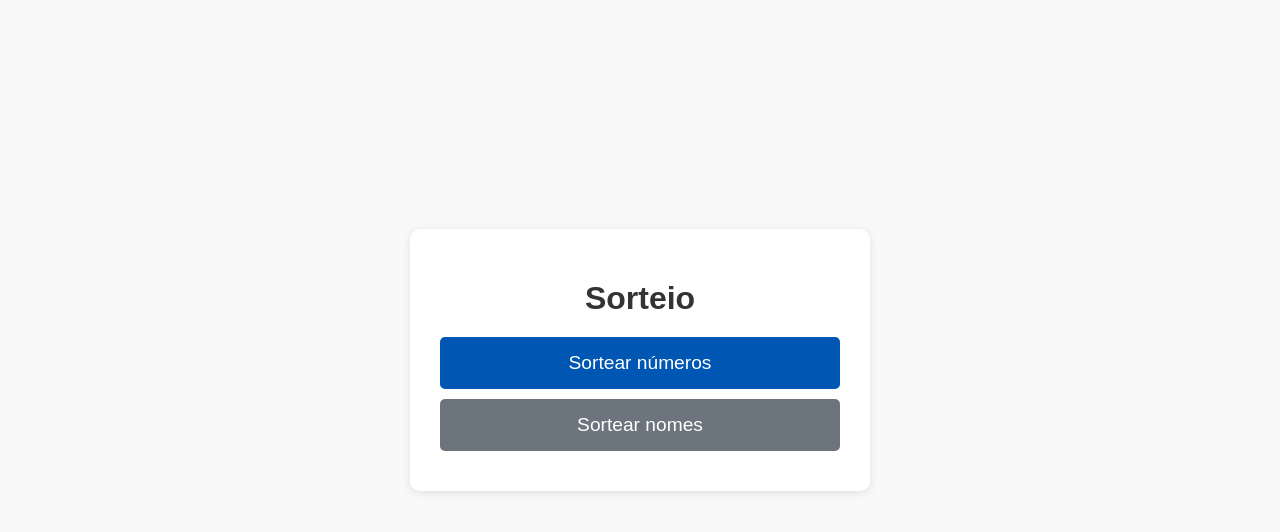
Repository: Matheus904-12/sorte
Page: index.html
The author's editor kept a copy of each file at every save. The page is drawn from the files as they stood at one save, then again after the next save.
The browser window is 1280 px wide. The pictures show the whole page.
The pointer rests on the first visible `.options a`.

Above is the page before, as saved 2023-09-10 19:17:30.

After the next save:
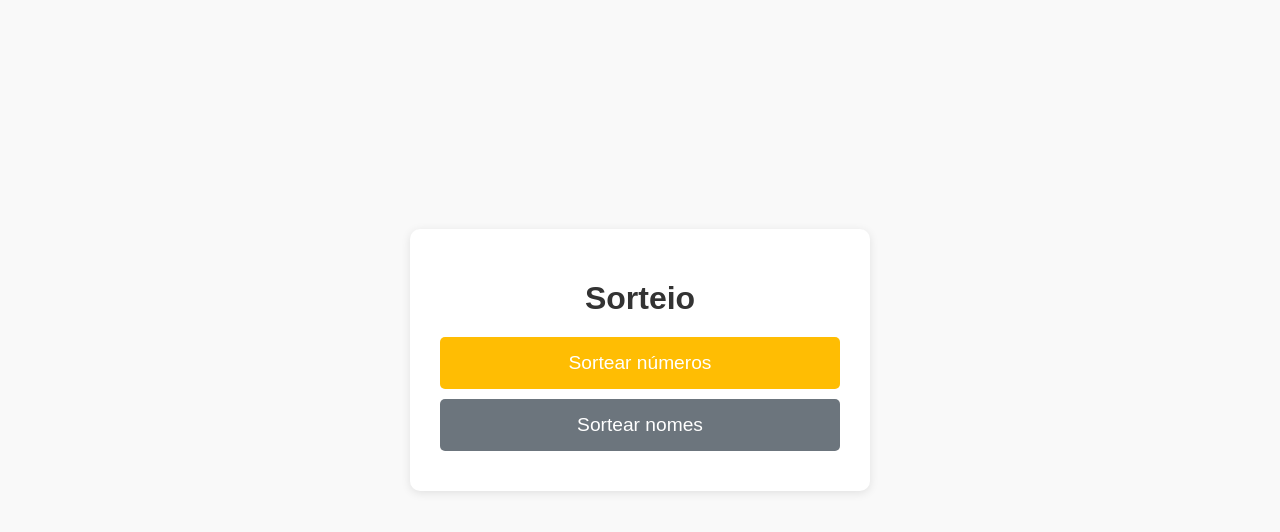
Saved 2 min 26 s later.
--- a/style.css
+++ b/style.css
@@ -37,7 +37,7 @@ h1 {
 }
 
 .options a:hover {
-  background-color: #0056b3;
+  background-color: #b;
 }
 
 .options a:last-child {
